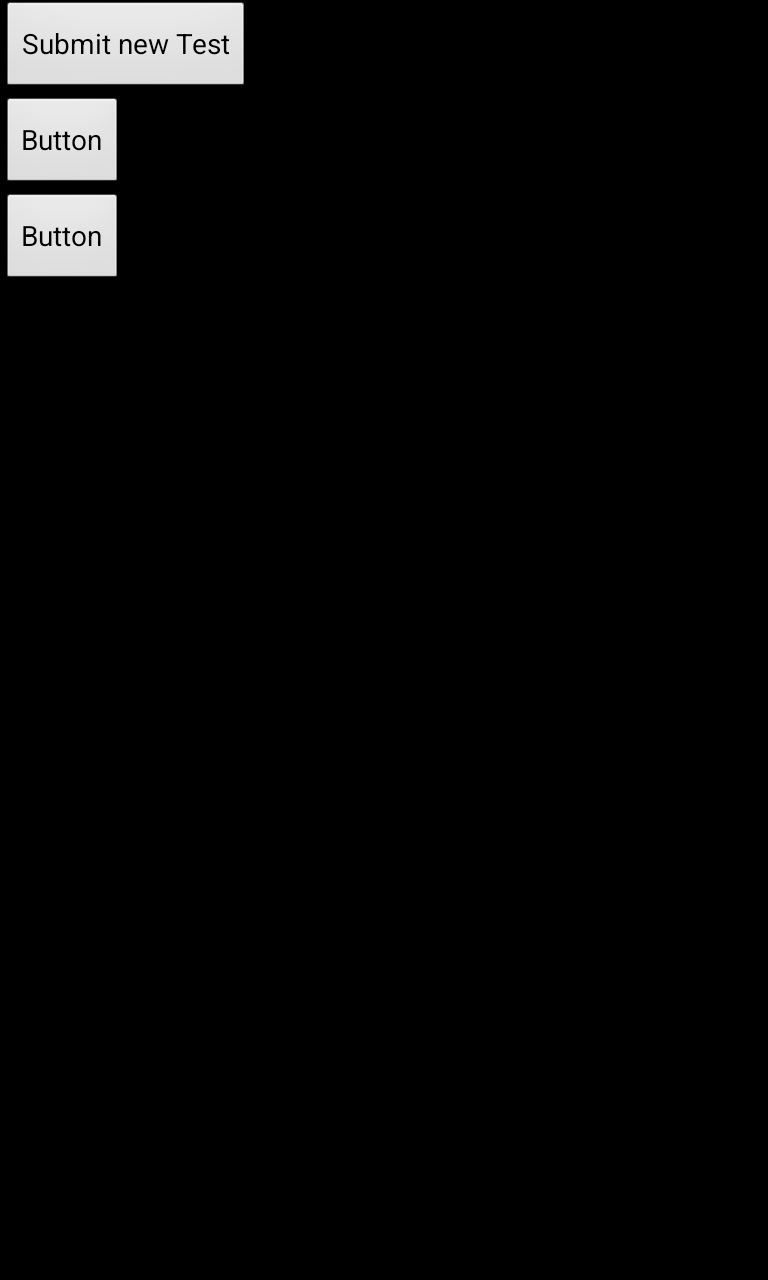
Repository: nuces-acm/DevFest-12-Team-9
Layout: data/Eclipse Workspace of android/Devfest/DCSClientApp/res/layout/tests.xml
These files come from the project's save history. The layout is drawn as it stood at one moment and after the next save; the edit follows.
It is drawn on a 768 x 1280 px phone screen (xhdpi) without system bars, with theme android:Theme; the app's code is not run.

Above is the layout before, as saved 2012-03-31 21:33:54.

### data/Eclipse Workspace of android/Devfest/DCSClientApp/res/layout/tests.xml
<?xml version="1.0" encoding="utf-8"?>
<LinearLayout xmlns:android="http://schemas.android.com/apk/res/android"
    android:layout_width="match_parent"
    android:layout_height="match_parent"
    android:orientation="vertical" >

    <Button
        android:id="@+id/submitNewTest"
        android:layout_width="wrap_content"
        android:layout_height="wrap_content"
        android:text="Submit new Test" />

    <Button
        android:id="@+id/viewLastTestStatus"
        android:layout_width="wrap_content"
        android:layout_height="wrap_content"
        android:text="Button" />

    <Button
        android:id="@+id/history"
        android:layout_width="wrap_content"
        android:layout_height="wrap_content"
        android:text="Button" />

</LinearLayout>

After the next save:
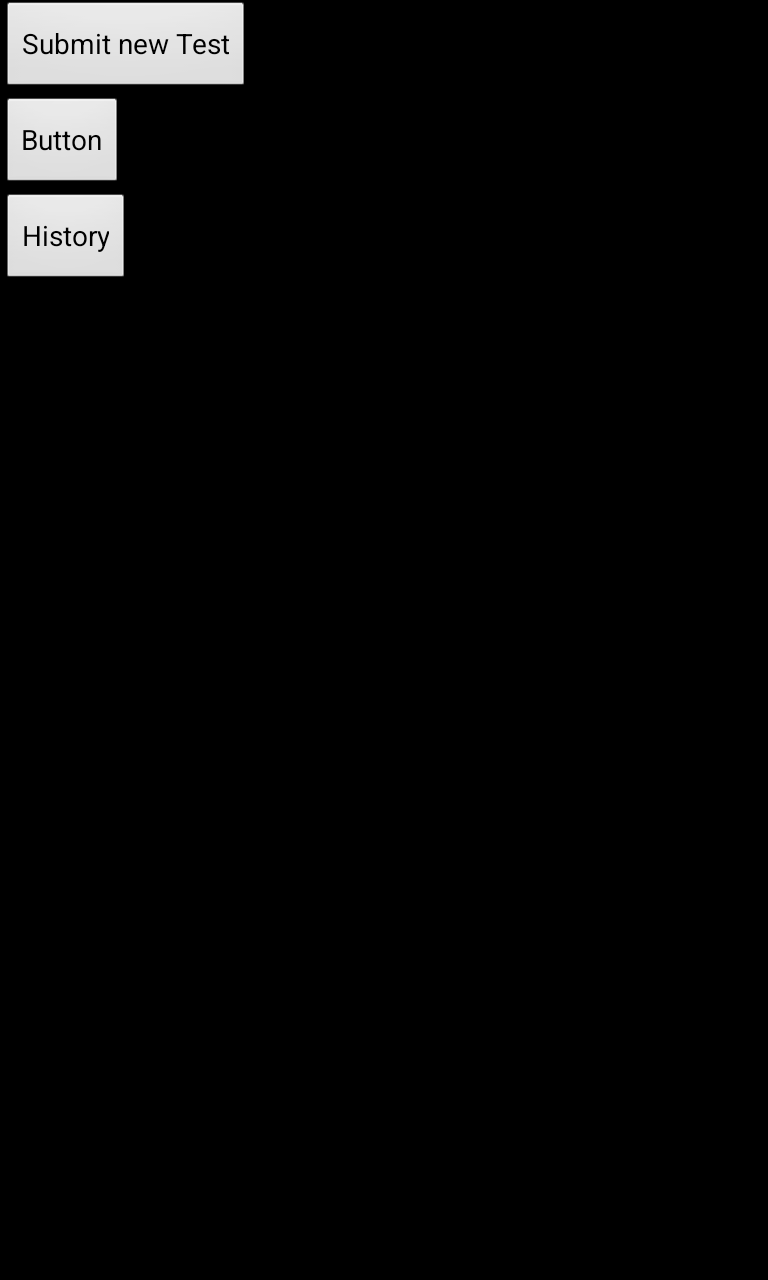
Saved 4 s later.
--- a/data/Eclipse Workspace of android/Devfest/DCSClientApp/res/layout/tests.xml
+++ b/data/Eclipse Workspace of android/Devfest/DCSClientApp/res/layout/tests.xml
@@ -20,6 +20,6 @@
         android:id="@+id/history"
         android:layout_width="wrap_content"
         android:layout_height="wrap_content"
-        android:text="Button" />
+        android:text="History" />
 
 </LinearLayout>
